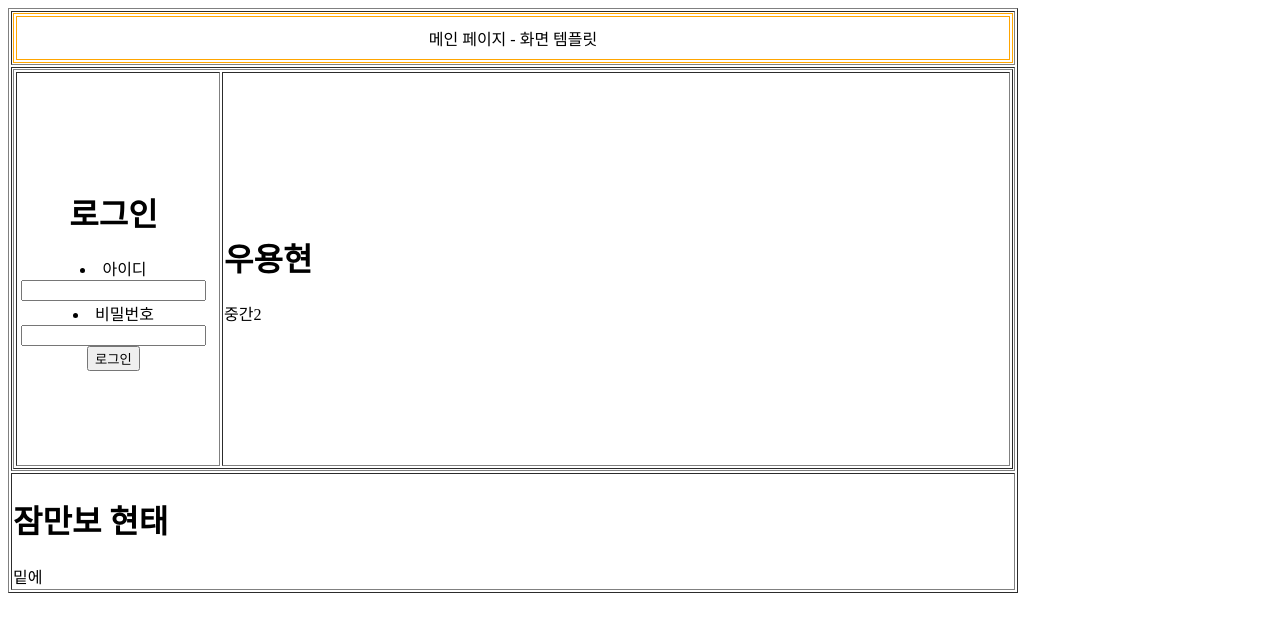
Repository: ikobean/ikoebean
Page: http://localhost/dev_jsp/ch07/index.jsp
An editor plug-in stored every save of this project. The page is shown before and after the next save, followed by the edit.
The browser window is 1280 px wide. The pictures show the whole page.
The page is served by Tomcat 9.

Above is the page before, as saved 2019-07-17 02:19:30.

After the next save:
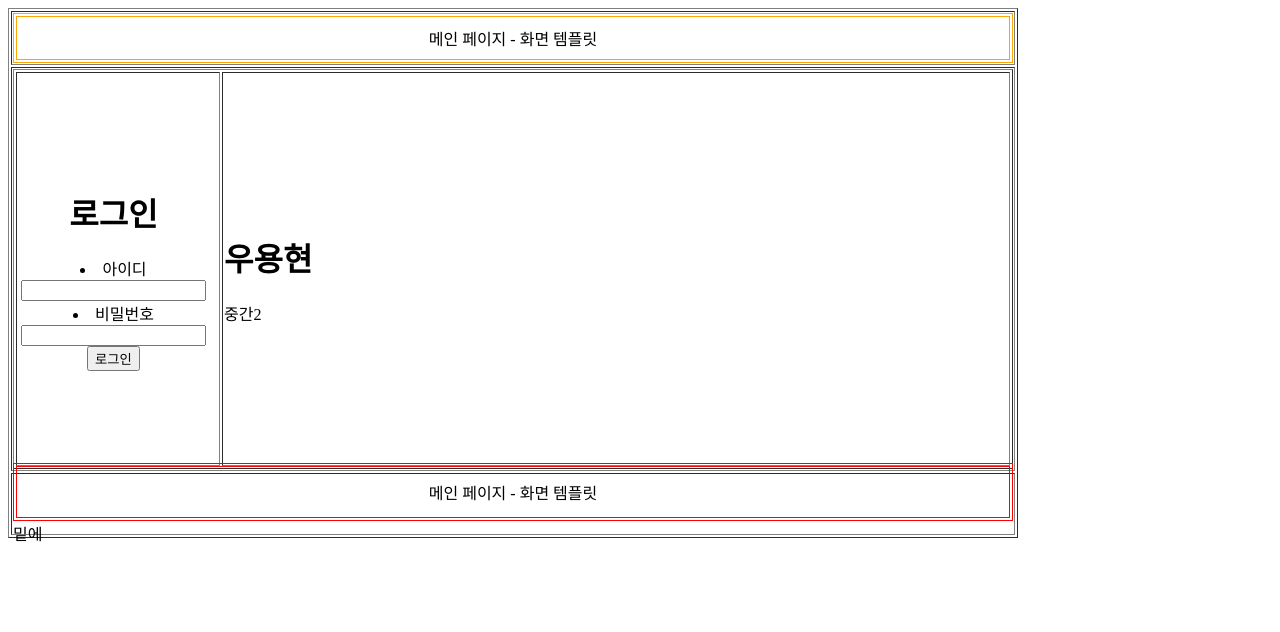
Saved 46 s later.
--- a/workspace_jsp/dev_jsp/WebContent/ch07/bottom.jsp
+++ b/workspace_jsp/dev_jsp/WebContent/ch07/bottom.jsp
@@ -7,7 +7,11 @@
 <title>Insert title here</title>
 </head>
 <body>
-<h1>잠만보 현태</h1>
 
+<table width="100%" height="100%" borderColor="red" border="1">
+	<tr>
+		<td align="center">	메인 페이지 - 화면 템플릿 </td>
+	</tr>
+</table>
 </body>
 </html>
